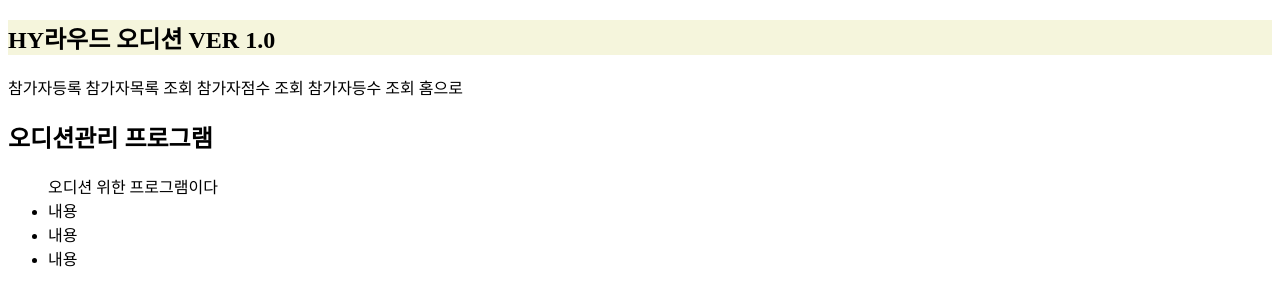
Repository: mvcfvsgdj/javaee
Page: http://localhost/prj0828/HY라우드.jsp
The author's editor kept a copy of each file at every save. The page is drawn from the files as they stood at one save, then again after the next save.
The browser window is 1280 px wide. The pictures show the whole page.
The page is served by Tomcat 9.

Above is the page before, as saved 2023-08-28 08:11:44.

After the next save:
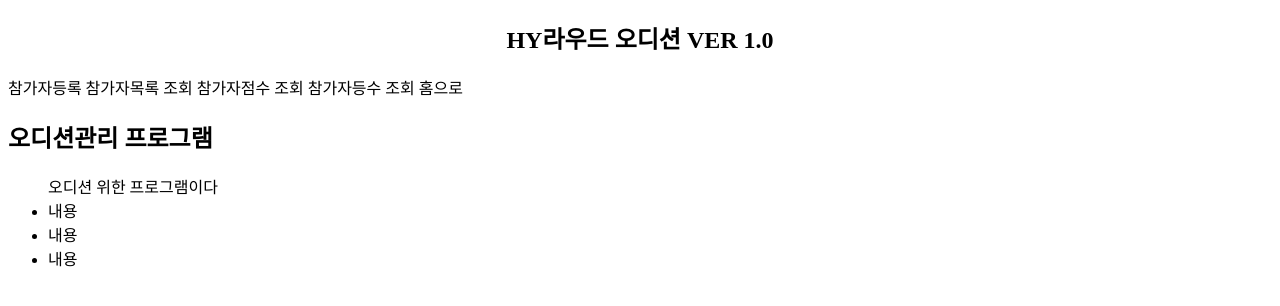
Saved 90 s later.
--- a/prj0828/src/main/webapp/HY라우드.jsp
+++ b/prj0828/src/main/webapp/HY라우드.jsp
@@ -5,7 +5,7 @@
 <head>
 <meta charset="UTF-8">
 <title>Insert title here</title>
-<link href="./css/HY라우드.css" rel="stylesheet" />
+<link href="./css/콘서트.css" rel="stylesheet" />
 </head>
 <body>
 <header><h2>HY라우드 오디션 VER 1.0</h2></header>

After the save that followed:
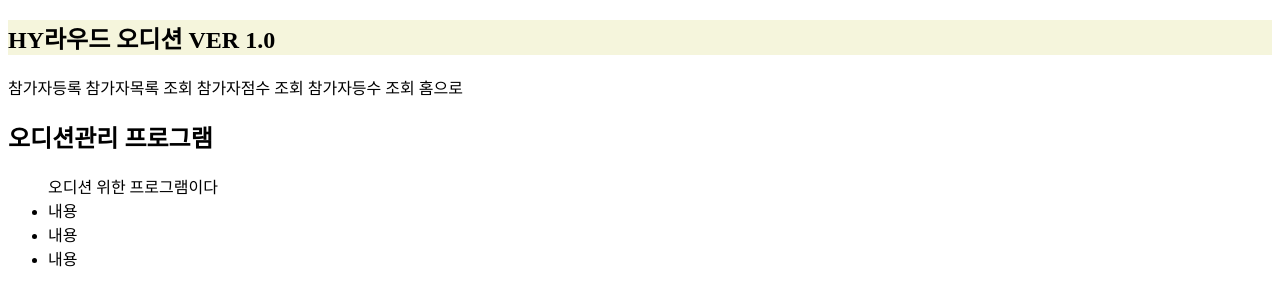
Saved 35 s later.
--- a/prj0828/src/main/webapp/HY라우드.jsp
+++ b/prj0828/src/main/webapp/HY라우드.jsp
@@ -5,7 +5,7 @@
 <head>
 <meta charset="UTF-8">
 <title>Insert title here</title>
-<link href="./css/콘서트.css" rel="stylesheet" />
+<link href="./css/HY라우드.css" rel="stylesheet" />
 </head>
 <body>
 <header><h2>HY라우드 오디션 VER 1.0</h2></header>
